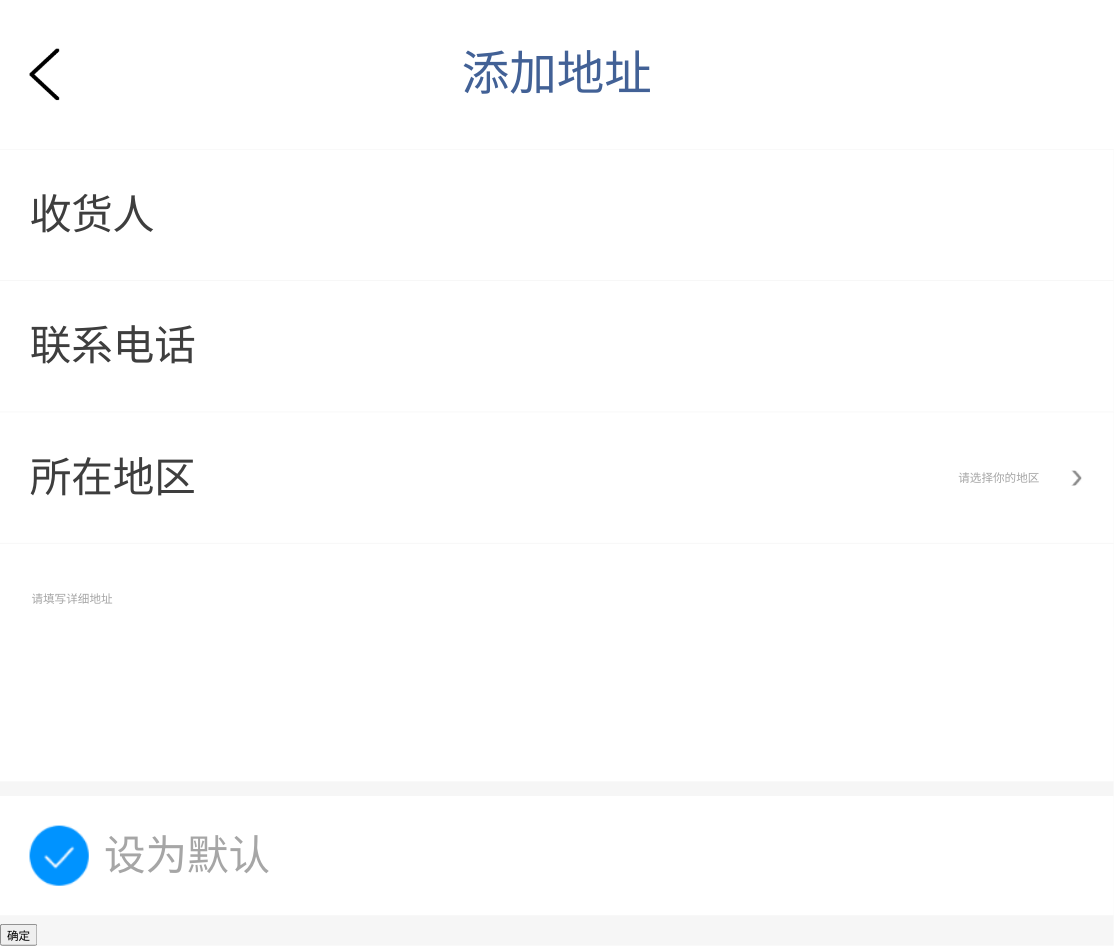
Repository: 421538074/sell
Page: consumer/manage-address.html
These files come from the project's save history. The page is drawn as it stood at one moment and after the next save; the edit follows.
The browser window is 1280 px wide. The pictures show the whole page, at 87% of full size.

Above is the page before, as saved 2019-06-03 16:21:07.

### consumer/manage-address.html
<!DOCTYPE html>
<html lang="en">

<head>
    <meta charset="UTF-8">
    <meta name="viewport" content="width=device-width, initial-scale=1.0">
    <meta http-equiv="X-UA-Compatible" content="ie=edge">
    <title>地址管理</title>
    <link rel="stylesheet" href="../css/base.css">
    <link rel="stylesheet" href="css/common.css">
    <link rel="stylesheet" href="css/manage-address.css">
</head>

<body>
    <div id="app" class="content">
        <nav class="nav-bar-wrapper">
            <img @click="back" src="../img/back.png" class="back-icon">
            <p class="nav-bar-title">{{title}}</p>
        </nav>
        <ul class="address-wrapper">
            <li class="address-item">
                <label class="title">收货人</label>
                <input type="text" class="input-item">
            </li>
            <li class="address-item">
                <label class="title">联系电话</label>
                <input type="text" class="input-item">
            </li>
            <li class="address-item">
                <label class="title">所在地区</label>
                <input readonly placeholder="请选择你的地区" type="text" class="input-item arrow-right">
            </li>
            <li class="address-item">
                <textarea class="detail-address" placeholder="请填写详细地址"></textarea>
            </li>
        </ul>
        <p class="set-default-adderss">
            <img src="../img/checked.png" class="default-icon">
            <span class="set-default-title">设为默认</span>
        </p>
        <button class="confirm-add">
            确定
        </button>
    </div>
    <script src="../js/api.js"></script>
    <script src="../js/jquery.min.js"></script>
    <script src="../js/vue.js"></script>
    <script src="js/vue-mixin.js"></script>
    <script src="js/manage-address.js"></script>
</body>

</html>

### css/base.css
/* http://meyerweb.com/eric/tools/css/reset/
   v2.0 | 20110126
   License: none (public domain)
*/

html,
body,
div,
span,
applet,
object,
iframe,
h1,
h2,
h3,
h4,
h5,
h6,
p,
blockquote,
pre,
a,
abbr,
acronym,
address,
big,
cite,
code,
del,
dfn,
em,
img,
ins,
kbd,
q,
s,
samp,
small,
strike,
strong,
sub,
sup,
tt,
var,
b,
u,
i,
center,
dl,
dt,
dd,
ol,
ul,
li,
fieldset,
form,
label,
legend,
table,
caption,
tbody,
tfoot,
thead,
tr,
th,
td,
article,
aside,
canvas,
details,
embed,
figure,
figcaption,
footer,
header,
hgroup,
menu,
nav,
output,
ruby,
section,
summary,
time,
mark,
audio,
video {
    margin: 0;
    padding: 0;
    border: 0;
    font-size: 100%;
    font: inherit;
    vertical-align: baseline;
}

/* HTML5 display-role reset for older browsers */
article,
aside,
details,
figcaption,
figure,
footer,
header,
hgroup,
menu,
nav,
section {
    display: block;
}

body {
    line-height: 1;
}

ol,
ul {
    list-style: none;
}

blockquote,
q {
    quotes: none;
}

blockquote:before,
blockquote:after,
q:before,
q:after {
    content: '';
    content: none;
}

table {
    border-collapse: collapse;
    border-spacing: 0;
}


body,
html {
    font-size: calc(100vw / 37.5) !important;
    font-family: PingFangSC-Medium;
    background: #F2F2F2;
}


[v-cloak] {
    display: none;
}


hr {
    margin: 0;
    padding: 0;
}

.clearfix {
    zoom: 1;
}

.clearfix:after {
    content: ".";
    display: block;
    visibility: hidden;
    height: 0;
    clear: both;
}

[v-cloak] {
    display: none;
}

### consumer/css/common.css
*{
    box-sizing: border-box;
}
html,body{
    background: #f6f6f6;
}
html,body,div.content{
    height: 100%;
}
/*底部菜单栏*/
nav.tool-bar-wrapper {
    height: 5rem;
    background: #ffffff;
    display: flex;
    align-items: center;
    justify-content: space-around;
}
a.nav-item {
    color: #888888;
    text-decoration: none;
    font-size: 1.5rem;
    display: flex;
    flex-direction: column;
    align-items: center;
    justify-content: space-around;
    height: 90%;
}
a.nav-item.active{
    color: #0093FF;
}
img.nav-item-icon{
    width: 1.5rem;
    height: 1.5rem;
}
.ellipsis{
    overflow: hidden;
    white-space: nowrap;
    text-overflow: ellipsis;
}
/*顶部返回栏 */
nav.nav-bar-wrapper {
    background: #FFFFFF;
    height: 5rem;
    display: flex;
    align-items: center;
    justify-content: space-around;
    position: fixed;
    width: 100%;
    top: 0;
    z-index: 2;
    font-size: 1.6rem;
    color: #426196;
}
img.back-icon {
    position: absolute;
    width: 1rem;
    left: 1rem;
}

### consumer/css/manage-address.css
div.content{
    padding-top: 5rem;
}
ul.address-wrapper {
    background: #FFFFFF;
}
li.address-item {
    border-top: 1px solid #f6f6f6;
    padding: 1.5rem 1rem;
    display: flex;
    align-items: center;
    justify-content: space-between;
}
label.title {
    color: #3E3E3E;
    font-size: 1.4rem;
    width: 20%;
}
input.input-item {
    width: 80%;
    outline: 0;
    border: none;
}
input.arrow-right{
    text-align: right;
    padding-right: 1.5rem;
    background: url(../../img/arrow-right.png) no-repeat;
    background-size: 0.8rem;
    background-position: right center;
}
textarea.detail-address {
    width: 100%;
    height: 5rem;
    border: none;
    resize: none;
    outline: 0;
}
textarea::-webkit-input-placeholder,input::-webkit-input-placeholder {
    color: #A6A6A6;
}
p.set-default-adderss {
    background: #FFFFFF;
    margin-top: 0.5rem;
    display: flex;
    align-items: center;
}
img.default-icon {
    width: 2rem;
    height: auto;
}
span.set-default-title {
    color: #A6A6A6;
    font-size: 1.4rem;
    margin-left: 0.5rem;
}
p.set-default-adderss {
    background: #FFFFFF;
    margin-top: 0.5rem;
    display: flex;
    align-items: center;
    padding: 1rem;
}

### js/api.js
function getUrlKey(name) {
    return decodeURIComponent((new RegExp('[?|&]' + name + '=' + '([^&;]+?)(&|#|;|$)').exec(location.href) || [, ""])[1].replace(/\+/g, '%20')) || null;
}


// window.warn = {
//     alert: function alert(msg) {
//         var template = `
// `
//         $('body').append(template);
//         $('.alert-body').animate({
//             top: "40px"
//         }, 200);
//         // setTimeout(function () {
//         //     warn.close();
//         // }, 1500);
//     },
//     close: function close() {
//         $('.alert-body').animate({
//             top: "-280px"
//         }, 200);
//         setTimeout(function () {
//             $('#alert-msg').remove();
//         }, 200);
//     }
// };

### consumer/js/vue-mixin.js
Vue.mixin({
    methods: {
        /**
         * 返回
         */
        back() {
            history.go(-1);
        },
        /**
         * 限制长度
         * @param {String} 要限制长度的字段
         * @param {Number} 长度
         */
        limitLength(key, length) {
            this[key] = this[key].substring(0, length);
        },
        /**
         * 验证11位手机号
         * @param {Number} phone
         */
        validatePhone(phone) {
            const phoneReg = /^[1-9][0-9]{9}[0-9]$/;
            return phoneReg.test(phone);
        },
        /**
         * 发送手机验证码
         * @param {Number} waitTimeKey 等待时间键名
         * @param {String} tipsKey 发送验证码显示的信息的键名
         * @param {String} phoneKey 手机号键名
         * @param {String} reSendMsg  按钮默认显示的文字
         */
        sendCode(waitTimeKey, tipsKey, phoneKey, defaultMsg) {
            if (!this.validatePhone(this[phoneKey])) {
                alert('无效手机号!');
                return;
            }
            if (this[waitTimeKey] == 60) {
                $.post('', {
                        phone: this[phoneKey]
                    }, (res) => {
                        if (res.status == 1) {
                            const interval = setInterval(() => {
                                if (this[waitTimeKey] == 1) {
                                    this[waitTimeKey] = 60;
                                    this[tipsKey] = defaultMsg;
                                    clearInterval(interval);
                                    return;
                                }
                                this[waitTimeKey] -= 1;
                                this[tipsKey] = `${this[waitTimeKey]}s`;
                            }, 1000);
                        } else {
                            alert('发送失败!');
                        }
                    }, 'json')
                    .fail(err => {
                        alert('服务器异常!');
                    });
            }
        },
        /**
         * 链接跳转
         * @param {String} url
         */
        linkTo(url) {
            window.location.href = url;
        },
        /**
         * 获得URL参数
         */
        getParams() {
            var list = location.search.substring(1).split('&');
            var param = {};
            list.forEach(function (value) {
                var temp = value.split('=');
                param[temp[0]] = temp[1];
            });
            return param;
        }
    },
    filters: {

    }
})

### consumer/js/manage-address.js
new Vue({
    el: '#app',
    data() {
        return {
            title:''
        }
    },
    created() {
        if (this.getParams().type == 'edit') {
            this.title = '编辑地址';
        } else {
            this.title = '添加地址';
        }
    },
})

Loaded but not shown: js/jquery.min.js (library); js/vue.js (library)

After the next save:
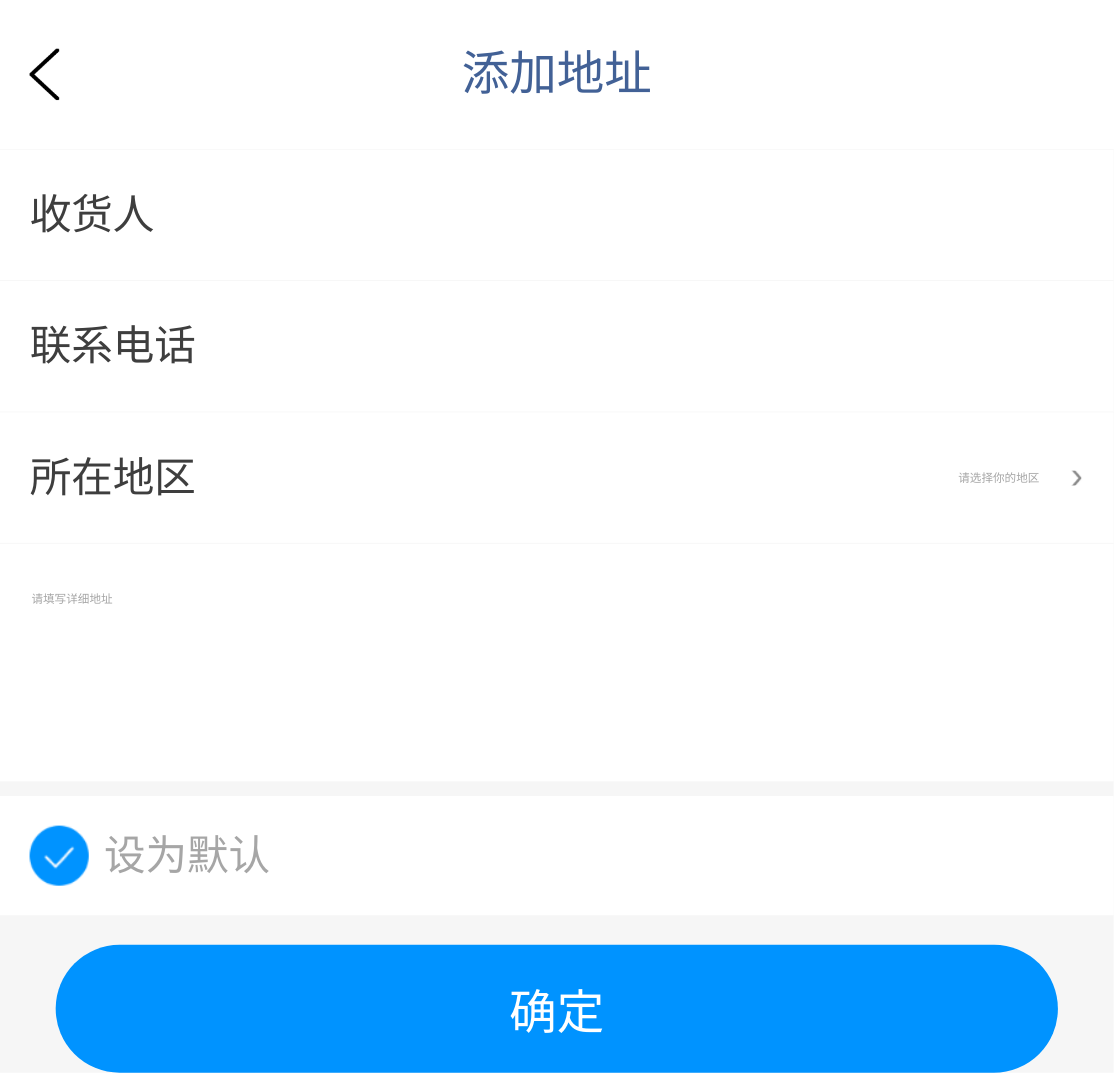
Saved 59 s later.
--- a/consumer/css/manage-address.css
+++ b/consumer/css/manage-address.css
@@ -60,3 +60,15 @@ p.set-default-adderss {
     align-items: center;
     padding: 1rem;
 }
+button.confirm-add {
+    background: #0093FF;
+    border: none;
+    outline: 0;
+    color: #FFFFFF;
+    width: 90%;
+    display: block;
+    margin: 1rem auto;
+    padding: 1rem;
+    border-radius: 10rem;
+    font-size: 1.6rem;
+}
